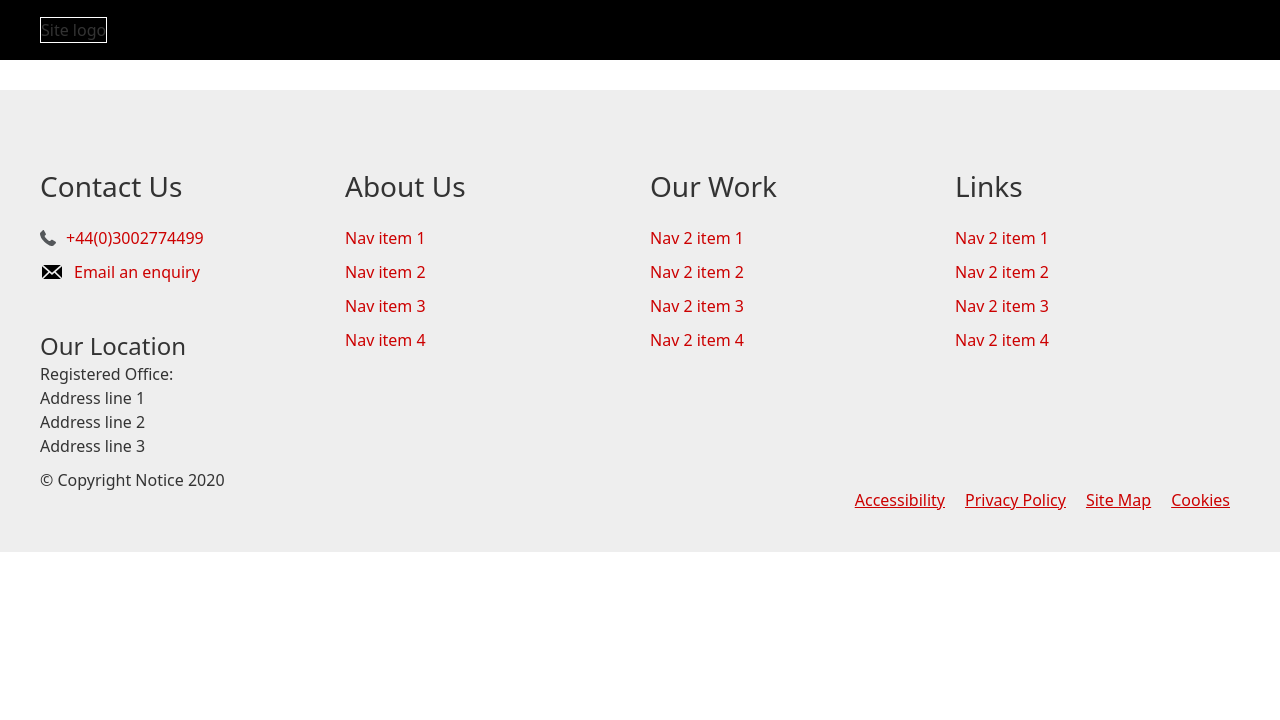
Repository: DaveBaulch/react-cms-components-typescript-styled
Page: /
An editor plug-in stored every save of this project. The page is shown before and after a run of saves, followed by the edit.
The browser window is 1280 px wide. The pictures show the whole page.
The project was rebuilt for these pictures with package versions that can differ from the ones it lists, and the page was loaded fresh each time.

Above is the page before, as saved 2020-12-17 15:44:17.

After the next 2 saves:
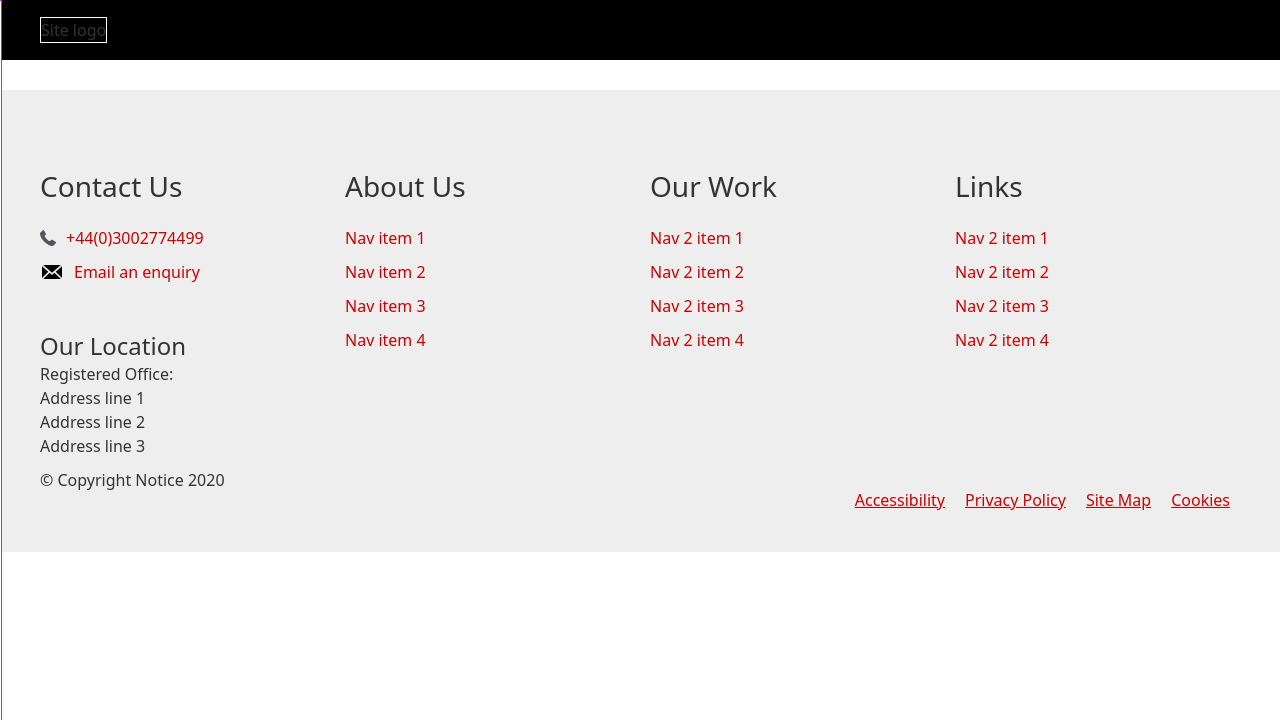
The 2 saves are shown as one change because they came seconds apart.
The last was saved 102 s later.
--- a/src/components/App.js
+++ b/src/components/App.js
@@ -24,12 +24,9 @@
     return (
       <div ref={this.wrapperRef} className="App">
         <Header onNavClick={this.onNavClick} />
-        {this.state.navActive && (
-          <Sidenav
-            navState={this.state.navActive}
-            onNavClick={this.onNavClick}
-          />
-        )}
+
+        <Sidenav navState={this.state.navActive} onNavClick={this.onNavClick} />
+
         <Footer />
       </div>
     );

After the 2 saves that followed:
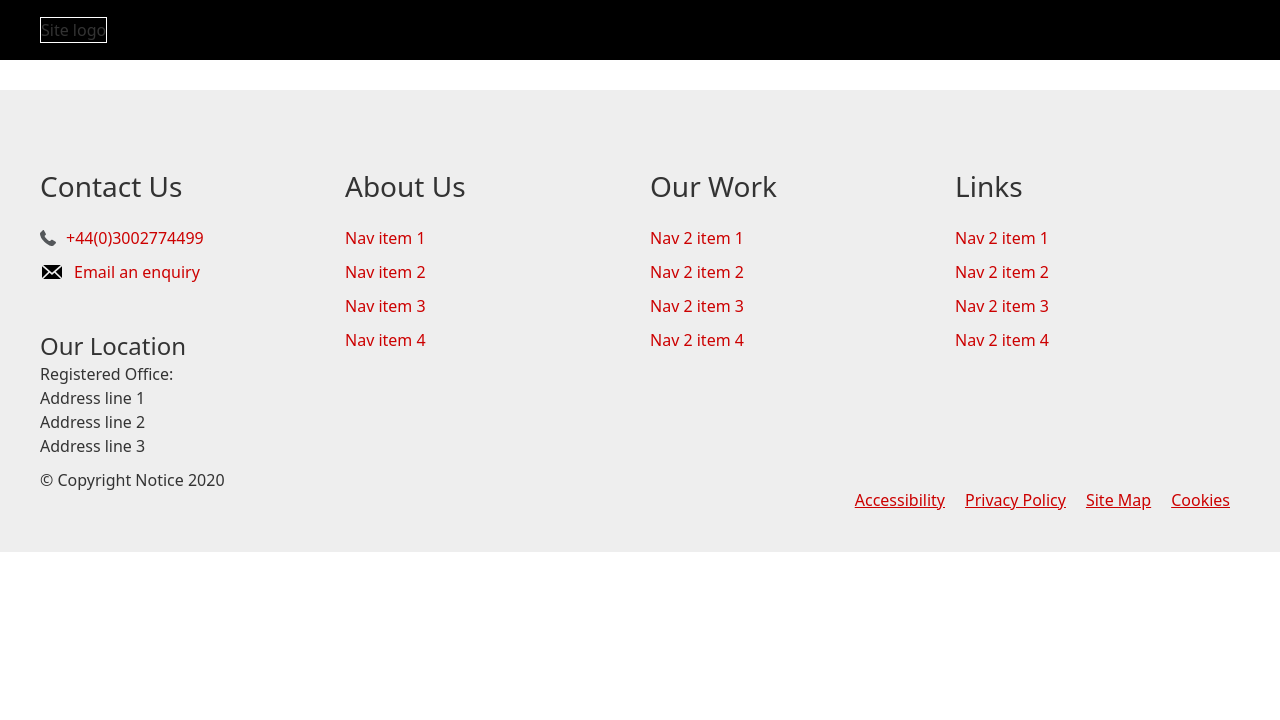
The 2 saves are shown as one change because they came seconds apart.
The last was saved 53 s later.
--- a/src/components/App.js
+++ b/src/components/App.js
@@ -24,9 +24,12 @@
     return (
       <div ref={this.wrapperRef} className="App">
         <Header onNavClick={this.onNavClick} />
-
-        <Sidenav navState={this.state.navActive} onNavClick={this.onNavClick} />
-
+        {this.state.navActive && (
+          <Sidenav
+            navState={this.state.navActive}
+            onNavClick={this.onNavClick}
+          />
+        )}
         <Footer />
       </div>
     );
